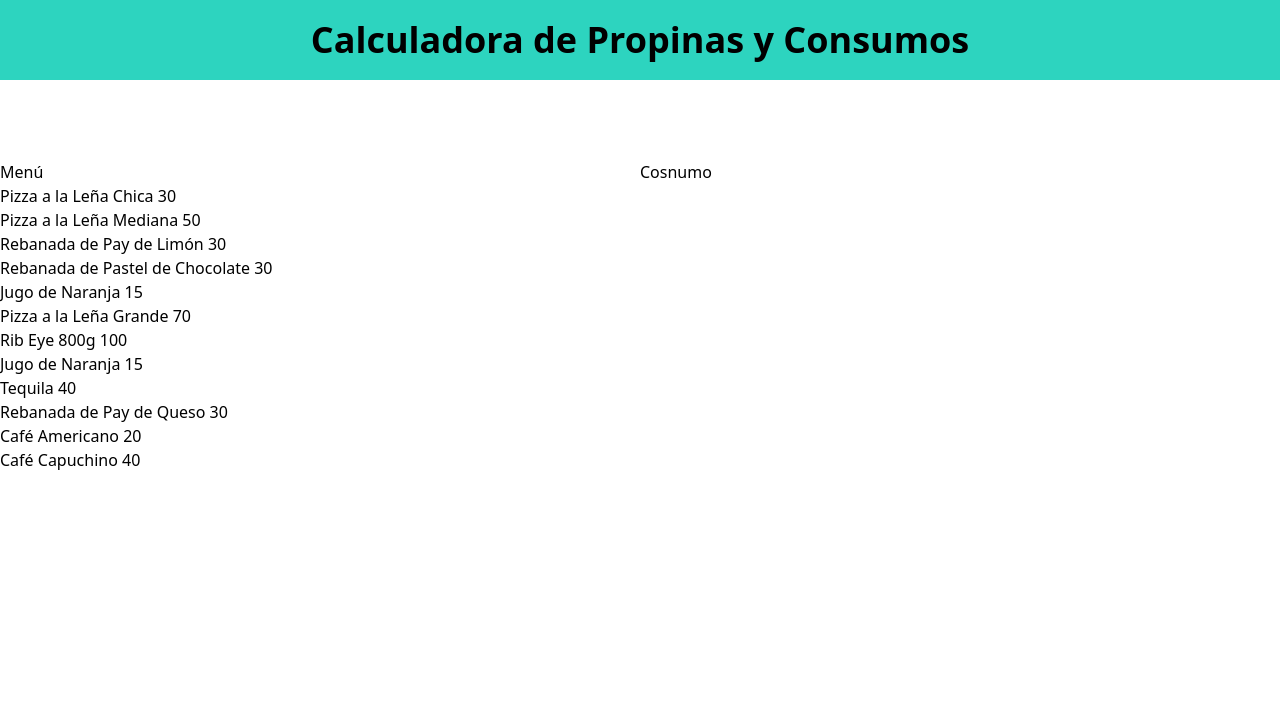
Repository: Matiiu/tip-calculator
Page: /
The author's editor kept a copy of each file at every save. The page is drawn from the files as they stood at one save, then again after the next save.
The browser window is 1280 px wide. The pictures show the whole page.
The project was rebuilt for these pictures with package versions that can differ from the ones it lists, and the page was loaded fresh each time. Also part of the build but not shown: vite.config.ts.

Above is the page before, as saved 2024-03-29 09:51:14.

### src/App.tsx
import Header from "./components/Header";
import { menuItems } from "./api/db";
import MenuItem from "./components/MenuItem";

export default function App() {
  return (
    <>
      <Header />

      <main className="max-w-7xl mx-auto py-20 grid md:grid-cols-2">
        <div>
          <h2>Menú</h2>

          {menuItems.map(item => (
            <MenuItem
              key={item.id}
              item={item}
            />
          ))}
        </div>

        <div>
          <h2>Cosnumo</h2>

        </div>
      </main>
    </>
  )
}

### src/components/Header.tsx
export default function Header() {
  return (
    <header className="bg-teal-400 py-5">
        <h1 className="text-center text-4xl font-black">Calculadora de Propinas y Consumos</h1>
    </header>
  )
}

### src/api/db.ts
import type { MenuItem } from '../types';

export const menuItems: MenuItem[] = [
  {
    id: 1,
    name: "Pizza a la Leña Chica",
    price: 30,
  },
  {
    id: 2,
    name: "Pizza a la Leña Mediana",
    price: 50,
  },
  {
    id: 3,
    name: "Rebanada de Pay de Limón",
    price: 30,
  },
  {
    id: 4,
    name: "Rebanada de Pastel de Chocolate",
    price: 30,
  },
  {
    id: 5,
    name: "Jugo de Naranja",
    price: 15,
  },
  {
    id: 6,
    name: "Pizza a la Leña Grande",
    price: 70,
  },
  {
    id: 7,
    name: "Rib Eye 800g",
    price: 100,
  },
  {
    id: 8,
    name: "Jugo de Naranja",
    price: 15,
  },
  {
    id: 9,
    name: "Tequila",
    price: 40,
  },
  {
    id: 10,
    name: "Rebanada de Pay de Queso",
    price: 30,
  },
  {
    id: 11,
    name: "Café Americano",
    price: 20,
  },
  {
    id: 12,
    name: "Café Capuchino",
    price: 40,
  },
];

### src/components/MenuItem.tsx
import type { MenuItem } from "../types";

type MenuItemProps = {
  item: MenuItem;
};

export default function MenuItem({ item }: MenuItemProps) {
  const { name, price } = item;

  return (
    <section>
      {name} {price}
    </section>
  );
}

Loaded but not shown: index.html (common file); src/main.tsx (common file); src/index.css (common file); tailwind.config.js (common file)

After the next save:
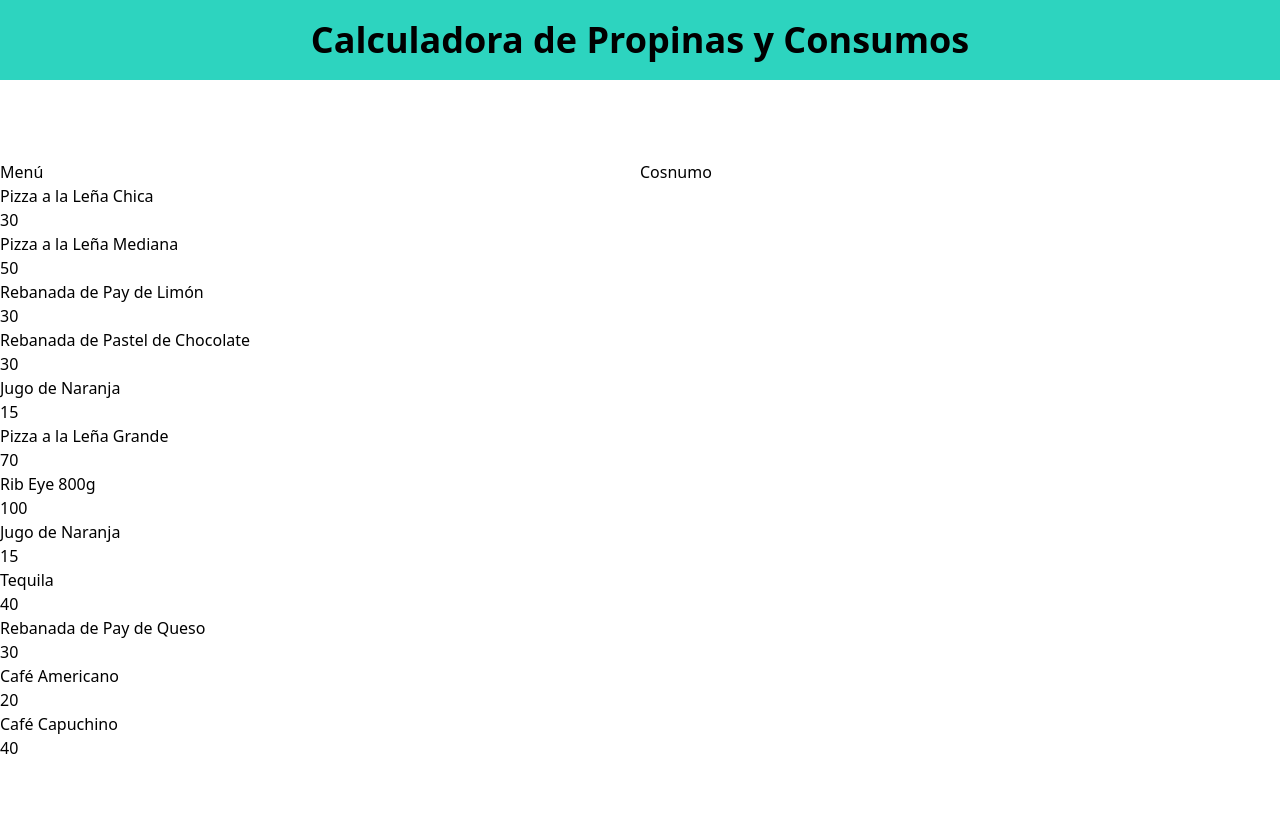
Saved 48 s later.
--- a/src/components/MenuItem.tsx
+++ b/src/components/MenuItem.tsx
@@ -9,7 +9,8 @@ export default function MenuItem({ item }: MenuItemProps) {
 
   return (
     <section>
-      {name} {price}
+        <p>{name}</p>
+        <p>{price}</p>
     </section>
   );
 }
